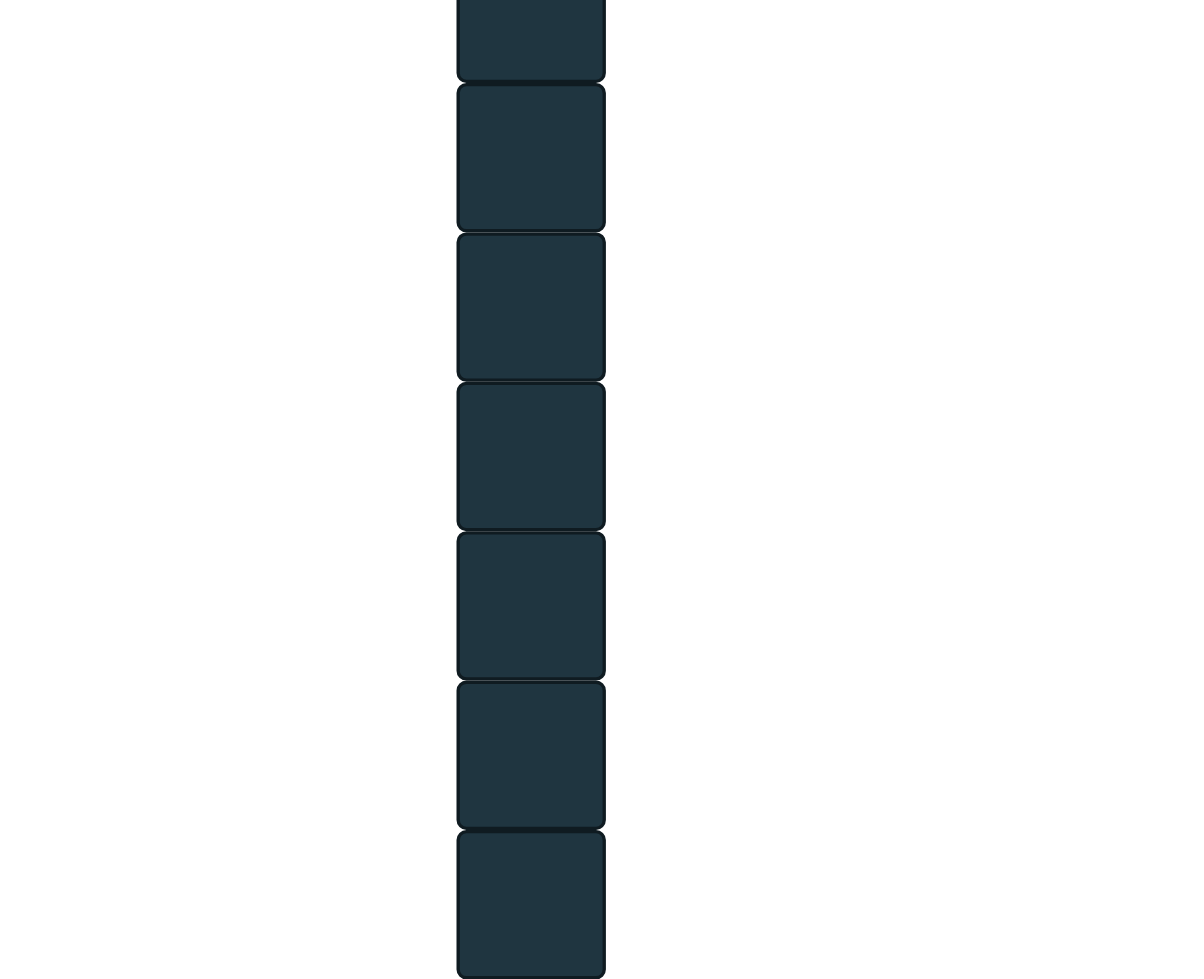
Repository: Monterro324/Tic-Tac
Page: / (app in tic-tac/)
These files come from the project's save history. The page is drawn as it stood at one moment and after the next save; the edit follows.
The browser window is 1280 px wide. The page is 1280 px wide, then 1450 px, then 1280 px, so the pictures cover 1450 px, including what lies to the right of the window. The pictures show the whole page, at 83% of full size.
The project was rebuilt for these pictures with package versions that can differ from the ones it lists, and the page was loaded fresh each time.

Above is the page before, as saved 2024-05-04 21:04:22.

### tic-tac/src/App.js
import { useState } from 'react';
import './App.css';
import Square from './Components/Square'; //Importing Square.js from Components

// function Square({value, onSquareClick}) {
//   return (
//     <button className="square" onClick={onSquareClick}>
//       {value}
//     </button>
//   );
// }



//Did not modify
export default function Board() {
  const [xIsNext, setXIsNext] = useState(true);
  const [squares, setSquares] = useState(Array(9).fill(null));

  function handleClick(i) {
    if (calculateWinner(squares) || squares[i]) {
      return;
    }
    const nextSquares = squares.slice();
    if (xIsNext) {
      nextSquares[i] = 'X';
    } else {
      nextSquares[i] = 'O';
    }
    setSquares(nextSquares);
    setXIsNext(!xIsNext);
  }

  const winner = calculateWinner(squares);
  let status;
  if (winner) {
    status = 'Winner: ' + winner;
  } else {
    status = 'Next player: ' + (xIsNext ? 'X' : 'O');
  }

  return (
    <>
      <div className="status">{status}</div>

      <div className="board">
        {squares.map((square, index) => (
          <Square key={index} value={square} onSquareClick={() => handleClick(index)} />
        ))}
      </div>


      {/* <div className="board-row">
        <Square value={squares[0]} onSquareClick={() => handleClick(0)} />
        <Square value={squares[1]} onSquareClick={() => handleClick(1)} />
        <Square value={squares[2]} onSquareClick={() => handleClick(2)} />
      </div>
      <div className="board-row">
        <Square value={squares[3]} onSquareClick={() => handleClick(3)} />
        <Square value={squares[4]} onSquareClick={() => handleClick(4)} />
        <Square value={squares[5]} onSquareClick={() => handleClick(5)} />
      </div>
      <div className="board-row">
        <Square value={squares[6]} onSquareClick={() => handleClick(6)} />
        <Square value={squares[7]} onSquareClick={() => handleClick(7)} />
        <Square value={squares[8]} onSquareClick={() => handleClick(8)} />
      </div> */}
    </>
  );
}

function calculateWinner(squares) {
  const lines = [
    [0, 1, 2],
    [3, 4, 5],
    [6, 7, 8],
    [0, 3, 6],
    [1, 4, 7],
    [2, 5, 8],
    [0, 4, 8],
    [2, 4, 6],
  ];
  for (let i = 0; i < lines.length; i++) {
    const [a, b, c] = lines[i];
    if (squares[a] && squares[a] === squares[b] && squares[a] === squares[c]) {
      return squares[a];
    }
  }
  return null;
}

### tic-tac/src/App.css
body, html {
  height: 100%;
  margin: 0;
  display: flex;
  justify-content: center;
  align-items: center;
}

.board-row {
  display: flex;
}

.square {
  display: flex;
  height: 180px;
  width: 180px;
  background: #1f3540;
  border: 4px solid #0f1b21;
  border-radius: 12px;
  cursor: pointer;
}

### tic-tac/src/Components/Square.js
import React from 'react';
import xImage from '../Components/Assets/mark-x.png';  // Update path to where your images are stored
import oImage from '../Components/Assets/mark-o.png';  // Update path to where your images are stored

function Square({ value, onSquareClick }) {
  const getImageUrl = (value) => {
    if (value === 'X') return xImage;
    if (value === 'O') return oImage;
    return null;
  };

  return (
    <button className="square" onClick={onSquareClick}>
      {value && <img src={getImageUrl(value)} alt={value} style={{ maxWidth: '100%', maxHeight: '100%' }} />}
    </button>
  );
}

export default Square

Loaded but not shown: tic-tac/public/index.html (common file); tic-tac/src/index.js (common file); tic-tac/src/index.css (common file); tic-tac/src/reportWebVitals.js (common file)

After the next save:
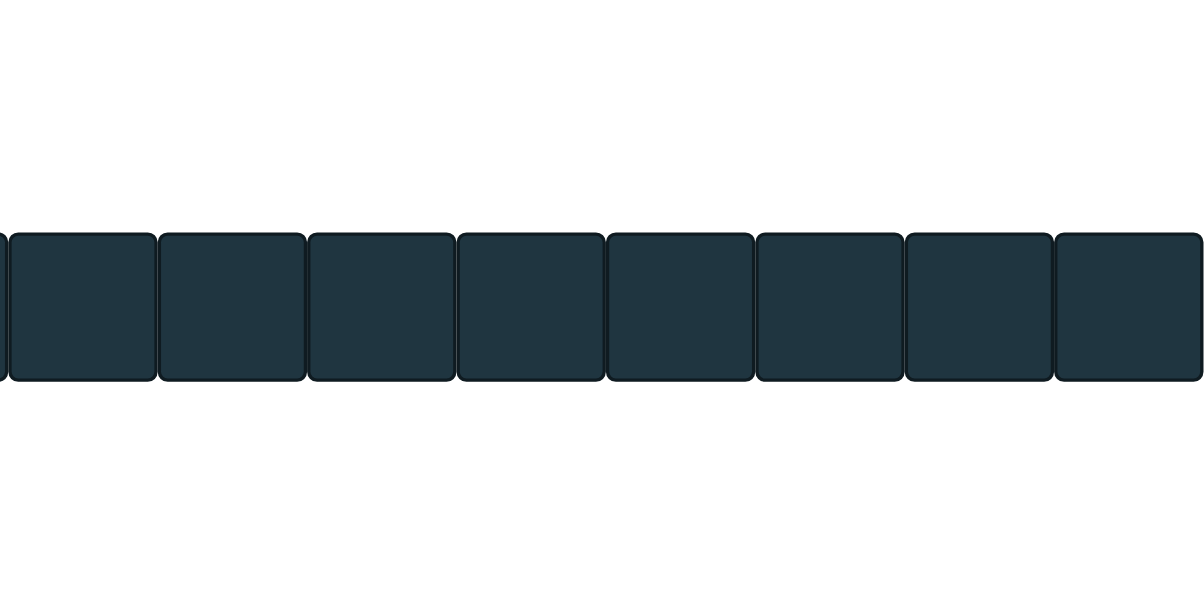
Saved 5 s later.
--- a/tic-tac/src/App.css
+++ b/tic-tac/src/App.css
@@ -6,7 +6,7 @@
   align-items: center;
 }
 
-.board-row {
+.board {
   display: flex;
 }
 

After the 5 saves that followed:
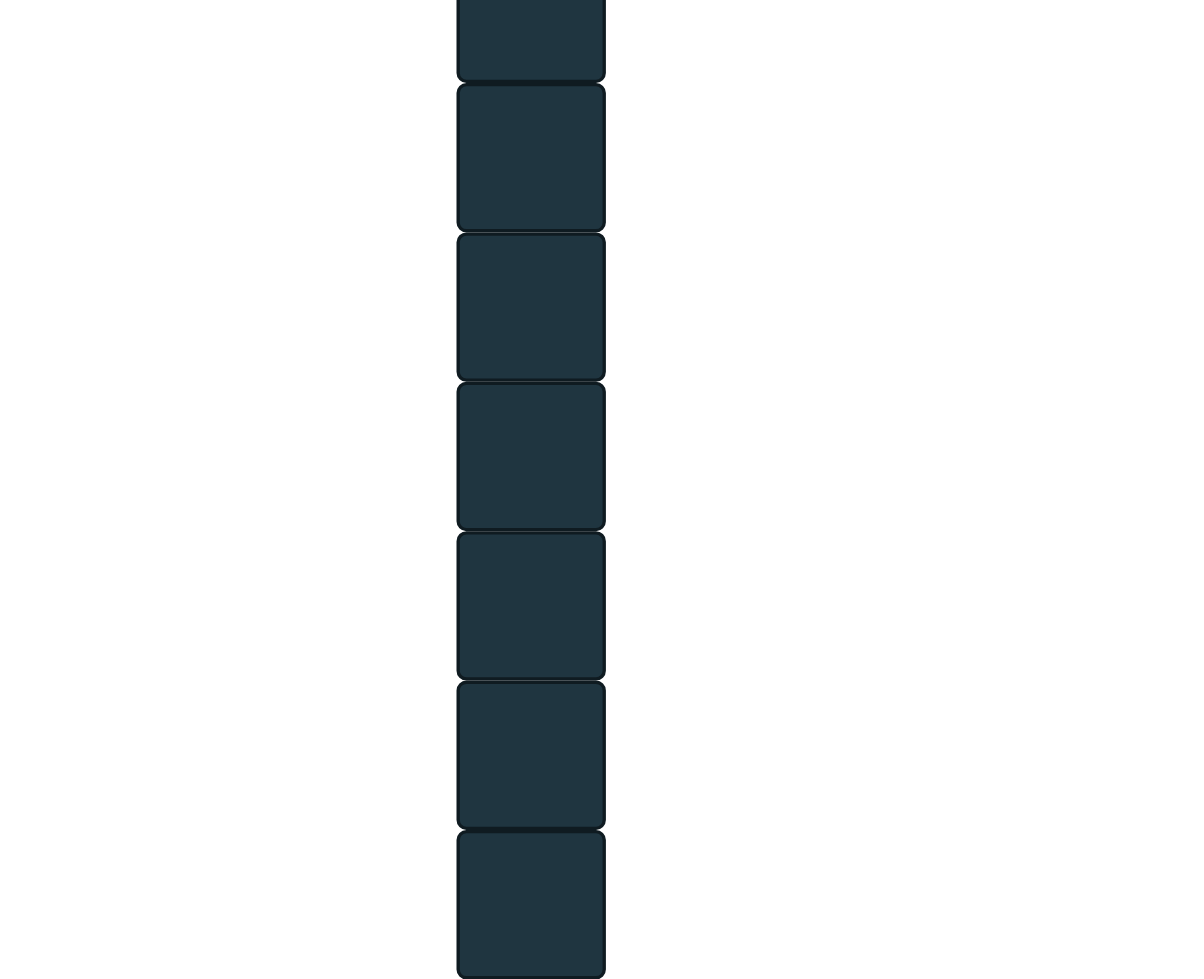
The 5 saves are shown as one change because they came seconds apart.
The last was saved 20 s later.
--- a/tic-tac/src/App.css
+++ b/tic-tac/src/App.css
@@ -7,7 +7,8 @@
 }
 
 .board {
-  display: flex;
+  display: grid;
+  grid-template-columns: repeat();
 }
 
 .square {
